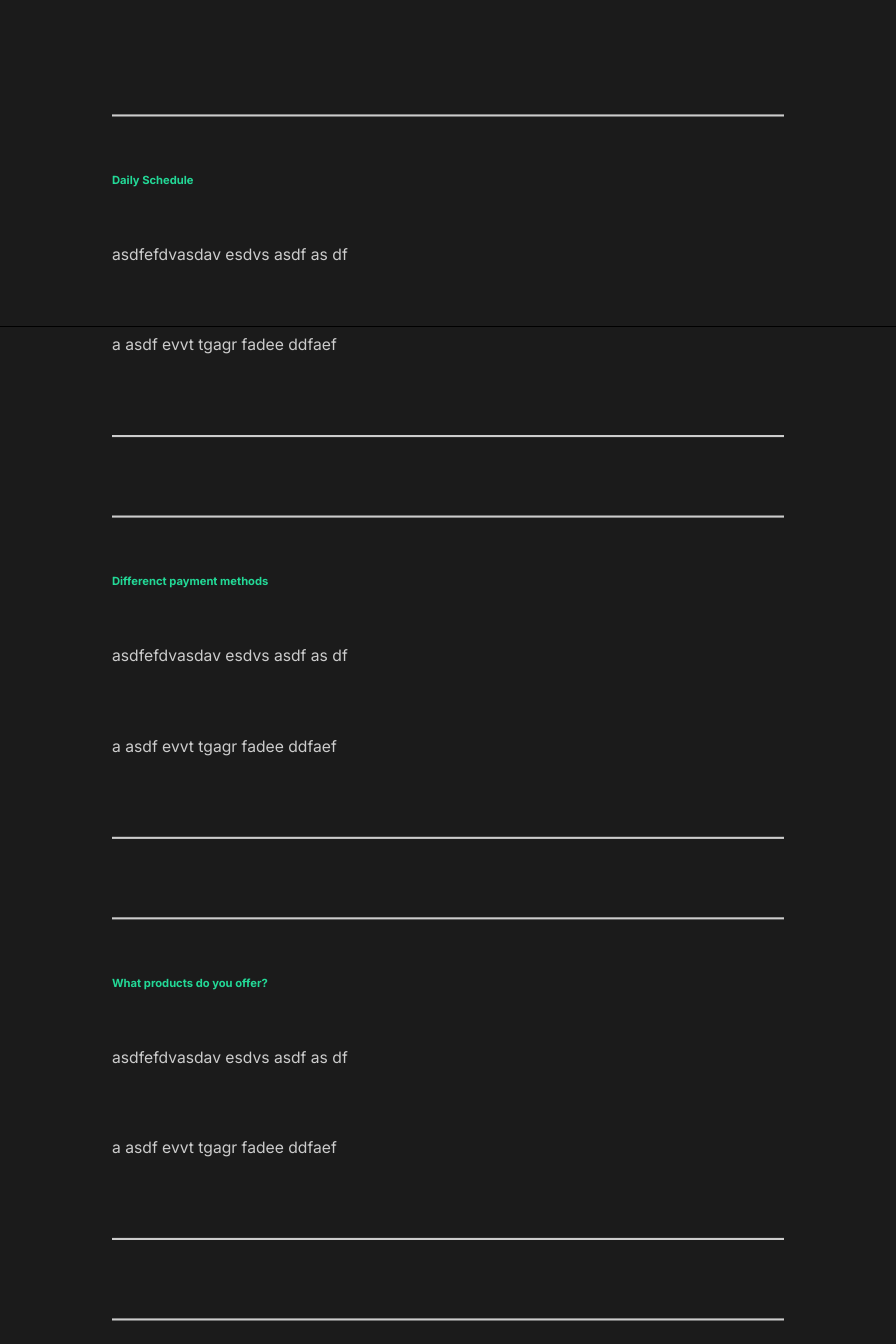
Repository: programmingwithlevi/capture
Page: /
The author's editor kept a copy of each file at every save. The page is drawn from the files as they stood at one save, then again after the next save.
The browser window is 1280 px wide. The pictures show the part of the page from y = 2438 to 4358 px (the page is 4437 px tall before and 4176 px after), at 70% of full size.
The project was rebuilt for these pictures with package versions that can differ from the ones it lists, and the page was loaded fresh each time. Also part of the build but not shown: src/pages/ContactUs.js, src/pages/OurWork.js, src/movieState.js, src/pages/movieDetail.js.

Above is the page before, as saved 2021-12-11 12:11:01.

### public/index.html
<!DOCTYPE html>
<html lang="en">
  <head>
    <meta charset="utf-8" />
    <link rel="icon" href="%PUBLIC_URL%/favicon.ico" />
    <meta name="viewport" content="width=device-width, initial-scale=1" />
    <meta name="theme-color" content="#000000" />
    <meta
      name="description"
      content="Web site created using create-react-app"
    />
    <link rel="preconnect" href="https://fonts.googleapis.com">
<link rel="preconnect" href="https://fonts.gstatic.com" crossorigin>
<link href="https://fonts.googleapis.com/css2?family=Inter:wght@400;700&family=Lato:wght@400;700&display=swap" rel="stylesheet">
<link rel="preconnect" href="https://fonts.googleapis.com">
<link rel="preconnect" href="https://fonts.gstatic.com" crossorigin>
<link href="https://fonts.googleapis.com/css2?family=Inter:wght@400;700&family=Lato:wght@400;700&family=Lobster&display=swap" rel="stylesheet">
    <link rel="apple-touch-icon" href="%PUBLIC_URL%/logo192.png" />
    <!--
      manifest.json provides metadata used when your web app is installed on a
      user's mobile device or desktop. See https://developers.google.com/web/fundamentals/web-app-manifest/
    -->
    <link rel="manifest" href="%PUBLIC_URL%/manifest.json" />
    <!--
      Notice the use of %PUBLIC_URL% in the tags above.
      It will be replaced with the URL of the `public` folder during the build.
      Only files inside the `public` folder can be referenced from the HTML.

      Unlike "/favicon.ico" or "favicon.ico", "%PUBLIC_URL%/favicon.ico" will
      work correctly both with client-side routing and a non-root public URL.
      Learn how to configure a non-root public URL by running `npm run build`.
    -->
    <title>Capture</title>
  </head>
  <body>
    <noscript>You need to enable JavaScript to run this app.</noscript>
    <div id="root"></div>
    <!--
      This HTML file is a template.
      If you open it directly in the browser, you will see an empty page.

      You can add webfonts, meta tags, or analytics to this file.
      The build step will place the bundled scripts into the <body> tag.

      To begin the development, run `npm start` or `yarn start`.
      To create a production bundle, use `npm run build` or `yarn build`.
    -->
  </body>
</html>

### src/index.js
import React from 'react';
import ReactDOM from 'react-dom';

import App from './App';
import reportWebVitals from './reportWebVitals';
import {BrowserRouter} from 'react-router-dom';

ReactDOM.render(
  <React.StrictMode>
    <BrowserRouter>
    <App />
    </BrowserRouter>
  </React.StrictMode>,
  document.getElementById('root')
);

// If you want to start measuring performance in your app, pass a function
// to log results (for example: reportWebVitals(console.log))
// or send to an analytics endpoint. Learn more: https://bit.ly/CRA-vitals
reportWebVitals();

### src/App.js
import React from "react";
//import pages
import AboutUs from '../src/pages/AboutUs';
import GlobalStyle from "./components/GlobalStyle";
import ContactUs from "./pages/ContactUs";
import OurWork from "./pages/OurWork";
import Nav from "./components/Nav";
import MovieDetail from "./pages/MovieDetail";

//router
import {Route,Switch,useLocation} from "react-router-dom";
//animaitom
import {AnimatePresence} from "framer-motion";

function App() {
  const location = useLocation();
  return  (
    <div className="App">

        <GlobalStyle />

        <Nav />
        <AnimatePresence exitBeforeEnter>
        <Switch location={location} key={location.pathname}>
          <Route path="/"  exact>
            <AboutUs />
          </Route>
          <Route path="/work" exact>
            <OurWork />
          </Route>
          <Route path="/work/:id">
            <MovieDetail />
          </Route>
          <Route path="/contact">
            <ContactUs />
          </Route>


        </Switch>
        </AnimatePresence>
    </div>
  );
}

export default App;

### src/pages/AboutUs.js
import React from 'react';
//Page Components
import AboutSection from '../components/AboutSection';
import ServicesSection from '../components/ServicesSection';
import FaqSection from '../components/FaqSection';
//animaiton
import {motion} from "framer-motion";
import {pageAnimation} from '../animations';

const AboutUs = () => {
    return (
   <motion.div
        exit="exit"
        variants={pageAnimation}
        initial="hidden"
        animate="show"
    >
        <AboutSection />
        <ServicesSection />
        <FaqSection />
    </motion.div>
    );

}

export default AboutUs;

### src/components/GlobalStyle.js
import {createGlobalStyle} from 'styled-components';

const GlobalStyle = createGlobalStyle`
*{
   margin: 0;
   padding: 0;
   box-sizing: border-box
}
body{
    background: #1b1b1b;
    font-family: 'Inter', sans-serif;
}
button{
    font-weight: bold;
    font-size: 1.1.rem;
    padding: 1rem 2rem;
    border: 3px solid #23d997;
    background: transparent;
    color: white;
    transition: all 0.5s ease;
    font-family: 'Inter', sans-serif;
    &:hover{
        background-color:  #23d997;
        color: white;
    }

}
h2{
       font-weight: lighter;
       font-size: 4rem;
    }
    h3{
        color: white;
    }
    h4{
        font-weight: bold;
        color: #23d997;
    }
    a{
        font-size: 1.1.rem;
    }
    span{
        font-weight: bold;
        color: #23d997;
    }
    p{
        padding: 3rem 0rem;
        color: #ccc;
        font-size: 1.4rem;
        line-height: 150%;
    }
`;
export default GlobalStyle;

### src/components/Nav.js
import React from 'react';
import styled from 'styled-components';
import {Link} from 'react-router-dom';

const Nav = () => {
    return(
        <StyledNav>
            <h1><Link id="logo" to="/">Capture</Link></h1>
            <ul>
                <li>
                    <Link to="/">1. About Us</Link>
                </li>
                <li>
                    <Link to="/work">2. Our Work</Link>
                </li>
                <li>
                    <Link to="/contact">3. Contact Us</Link>
                </li>
            </ul>
        </StyledNav>
    )
}

const StyledNav = styled.nav`
    min-height: 10vh;
    display: flex;
    margin: auto;
    justify-content: space-between;
    align-items: center;
    padding: 1rem 10rem;
    background: #282828;
    a{
        color: white;
        text-decoration: none;
    }
    ul{
        display: flex;
        list-style: none;
    }
    #logo{
        font-size: 1.8rem;
        font-family: 'Lobster', cursive;
        font-weight: lighter;
    }
    li{
        padding-left: 10rem;
        position: relative;
    }
`;

export default Nav;

### src/components/AboutSection.js
import React from 'react';
import home1 from '../img/home1.png';
import {About,Description,Image,Hide } from '../styles';
//Framer Motion
import {motion} from "framer-motion";
import {titleAnim,fade,photoAnim} from '../animations';
import Wave from './Wave';

const AboutSection = () => {

    return (
        <About>
            <Description>
                <motion.div variants={titleAnim}>
                    <div className="hide">
                        <motion.h2>We work to make</motion.h2>
                    </div>
                    <Hide>
                        <motion.h2>your <span>dreams</span> </motion.h2>
                    </Hide>
                    <Hide>
                        <motion.h2 variants={titleAnim}>come true.</motion.h2>
                    </Hide>
                </motion.div>
                <motion.p variants={fade}>Contact us for any photography or videography ideas that you have. </motion.p>
                <motion.button>Contact Us</motion.button>
            </Description>
            <Image>
                <motion.img variants={photoAnim} src={home1} alt="camera guy"/>

            </Image>
            <Wave />
        </About>
    )
}
//styled components


export default AboutSection;

### src/components/ServicesSection.js
import React from 'react';
//Import Icons
import clock from '../img/clock.svg';
import diaphram from '../img/diaphram.svg';
import money from '../img/money.svg';
import teamwork from '../img/teamwork.svg';
import home2 from '../img/home2.png';
//styles
import {About,Description,Image} from "../styles";
import styled from "styled-components";

const ServicesSection = () => {
    return(
        <About>
            <div className="description">
                <h2>High <span>quality</span> services</h2>
                <Cards>
                    <Card>
                        <div className="icon">
                            <img alt="icon" src={clock} />
                            <h3>Efficient</h3>
                        </div>
                        <p>lorem5 </p>
                    </Card>
                    <Card>
                        <div className="icon">
                            <img alt="icon" src={teamwork} />
                            <h3>Teamwork</h3>
                        </div>
                        <p>lorem5 </p>
                    </Card>
                    <Card>
                        <div className="icon">
                            <img alt="icon" src={diaphram} />
                            <h3>Diaphram</h3>
                        </div>
                        <p>lorem5 </p>
                    </Card>
                    <Card>
                        <div className="icon">
                            <img alt="icon" src={money} />
                            <h3>Affordable</h3>
                        </div>
                        <p>lorem5 </p>
                    </Card>
                </Cards>
            </div>
        <div className="image">
            <img alt="camera" src={home2} />

        </div>
        </About>
    )
}

const Services = styled(About)`
h2{
    padding-bottom: 5rem;
}
p{
    width: 70%;
    padding: 2rem 0rem 4rem 0rem;
}
`;
const Cards = styled.div`
display: flex;
flex-wrap: wrap;
`;
const Card = styled.div`
    flex-basis: 15rem;
    .icon {
        display: flex;
        align-items: center;
        h3 {
            margin-left: 1rem;
            background: white;
            color: black;
            padding: 1rem;
        }
    }
`;

export default ServicesSection;

### src/components/FaqSection.js
import React from 'react';
import styled from 'styled-components';
import {About} from '../styles';
import Toggle from './Toggle';

const FaqSection = () => {
    return(
        <Faq>
            <h2>Any Questions? <span>FAQ</span></h2>
            <Toggle title="How do I start?">
            <div className="question">
                <h4>How do I start?</h4>
                <div className="answer">
                   <p>asdfefdvasdav esdvs asdf as df</p>
                    <p>a asdf evvt tgagr fadee ddfaef</p>
                </div>

            </div>
            </Toggle>
            <Toggle>
            <div className="question">
                <h4>Daily Schedule</h4>
                <div className="answer">
                   <p>asdfefdvasdav esdvs asdf as df</p>
                    <p>a asdf evvt tgagr fadee ddfaef</p>
                </div>
                <div className="faq-line"></div>
            </div>
            </Toggle>
            <Toggle>
            <div className="question">
                <h4>Differenct payment methods</h4>
                <div className="answer">
                   <p>asdfefdvasdav esdvs asdf as df</p>
                    <p>a asdf evvt tgagr fadee ddfaef</p>
                </div>
                <div className="faq-line"></div>
            </div>
            </Toggle>
            <Toggle>
            <div className="question">
                <h4>What products do you offer?</h4>
                <div className="answer">
                   <p>asdfefdvasdav esdvs asdf as df</p>
                    <p>a asdf evvt tgagr fadee ddfaef</p>
                </div>
                <div className="faq-line"></div>
            </div>
            </Toggle>
        </Faq>
    )
}

const Faq = styled(About)`
    display: block;
    span{
        display: block;
    }
    h2{
        padding-bottom: 2rem;
        font-weight: lighter;
    }
    .faq-line{
        background: #cccccc;
        height: 0.2rem;
        margin: 2rem 0rem;
        width: 100%;
    }
    .question{
        padding: 3rem 0rem;
        cursor: pointer;
    }
    .answer{
        padding: 2rem 0rem;
        p{
            padding: 1rem 0 rem;
        }
    }
`;

export default FaqSection;

### src/animations.js
import { withTheme } from "styled-components";

export const pageAnimation ={
    hidden: {
        opacity: 0,
        y: 300,

    },
    show: {
        opacity: 1,
        y: 0,
        transition: {
            duration: 0.5,
            when: "beforeChildren",
            staggerChildren: 0.25,
        },
    },
    exit: {
        opacity: 0,
        //y: 300,
        transition: {
            duration: 0.5,
        },
    }
}
export const titleAnim = {
    hidden: {y: 200},
    show: {
        y:0,
        transition: {duration: 0.75, ease: "easeOut"},
    }
}
export const fade = {
    hidden: {opacity: 0},
    show: {
        opacity: 1,
        transition: {ease: "easeOut", duration: 0.75},
    }
}
export const photoAnim = {
    hidden: {scale: 1.5, opacity: 0},
    show: {
        scale: 1,
        opacity: 1,
        transition: 'easeOut',
        duration: 0.75,
    }
}
export const lineAnim = {
    hidden: {width: '0%'},
    show: {
        width: '100%',
        transition: {duration: 0.75},
    }
}

export const slider = {
    hidden: {x: '-130%', skew: '45deg'},
    show: {
        x: '100%',
        skew: '0deg',
        transition: {ease: "easeOut", duration: 1 },
    }
}

export const sliderContainer = {
    hidden: {opacity: 1},
    show: {opacity: 1, transition: { staggerChildren: 0.1, ease: 'easeOut'}},
}

### src/styles.js
import styled from "styled-components";

export const About = styled.div`
    min-height: 90vh;
    display: flex;
    align-items: center;
    justify-content: space-between;
    padding: 5rem 10rem;
    color: white;
   //position: center;
    top: 10%;

`;
export const Description = styled.div`
    flex: 1;
    padding-right: 5rem;
    z-index: 2;
    h2{
        font-weight: lighter;
    }
`

export const Image = styled.div`
    flex: 1;
    z-index: 2;
    overflow: hidden;
    img{
        width: 100%;
        height: 80vh;
        object-fit: cover;
    }

`
export const Hide = styled.div`
    overflow: hidden;
    `

### src/components/Wave.js
import React from "react";
import styled from "styled-components";
import {motion} from "framer-motion";

const Wave = () => {
    return(
    <WaveSvg viewBox="0 0 1440 363" fill="none" xmlns="http://www.w3.org/2000/svg">
<motion.path initial={{ pathLength: 0, pathOffset: 1 }}
animate={{ pathLength: 1, pathOffset: 0 }}
transition={{ duration: 1 }}
d="M1440 27.4774C1352.73 19.8184 1122.41 49.0556 899.331 227.276C620.48 450.052 354.282 355.647 170.328 185.318C23.165 49.0556 -4.21721 8.32998 0.487081 5" stroke="#D96ED4" strokeOpacity="0.5" strokeWidth="15"/>
</WaveSvg>);


};

const WaveSvg = styled.svg`
    position: absolute;
    left: 0;
    z-index: 1;
`;
export default Wave;

### src/components/Toggle.js
import React,{useState,} from 'react';

const Toggle = ({children}) => {
    const [toggle,setToggle] = useState(true);
    return(
        <div onClick={() => setToggle(!toggle)}>
            {toggle?children:""}
            <div className="faq-line"></div>
        </div>
    )
}
export default Toggle;

Loaded but not shown: src/reportWebVitals.js (common file)

After the next save:
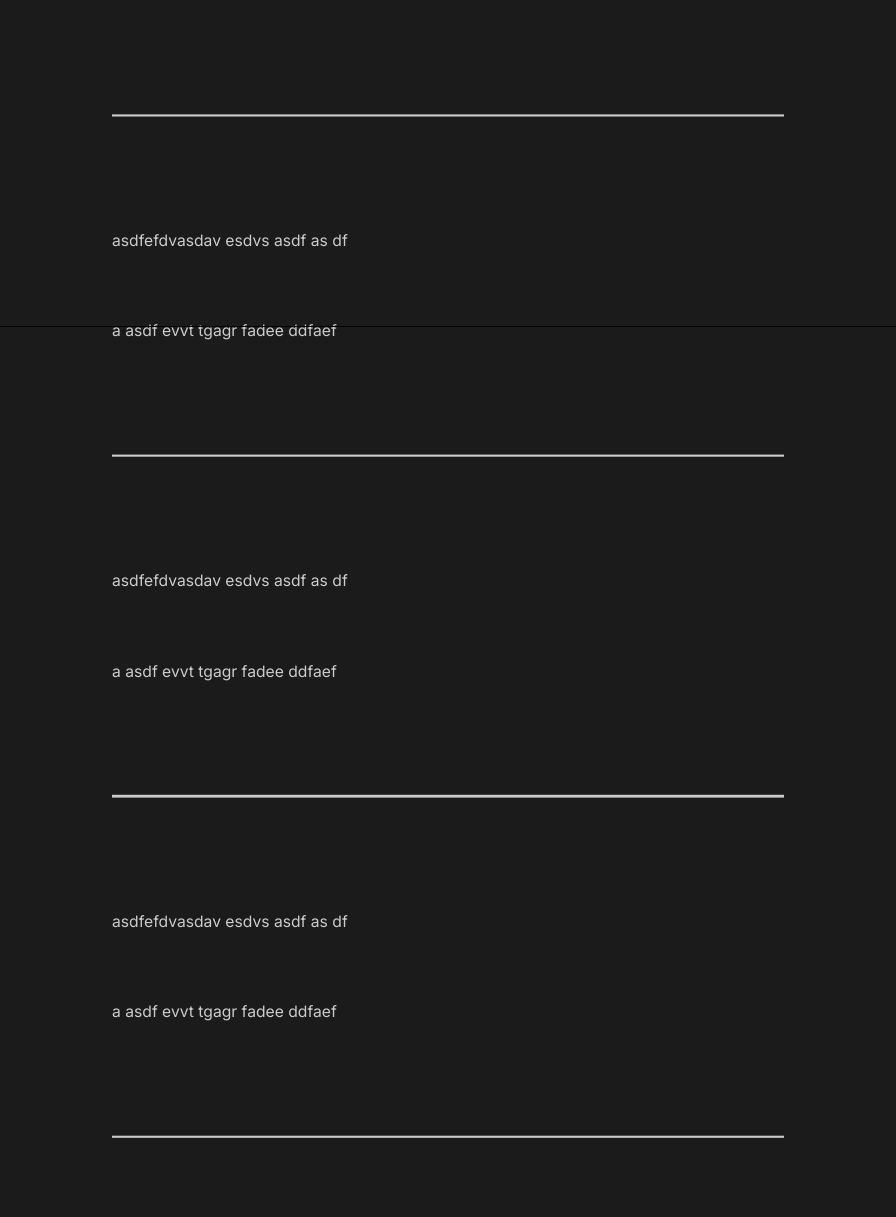
Saved 4 min 14 s later.
--- a/src/components/FaqSection.js
+++ b/src/components/FaqSection.js
@@ -7,7 +7,7 @@ const FaqSection = () => {
     return(
         <Faq>
             <h2>Any Questions? <span>FAQ</span></h2>
-            <Toggle title="How do I start?">
+            <Toggle title="How Do I Start?">
             <div className="question">
                 <h4>How do I start?</h4>
                 <div className="answer">
@@ -17,34 +17,34 @@ const FaqSection = () => {
 
             </div>
             </Toggle>
-            <Toggle>
+            <Toggle title="Daily Schedule">
             <div className="question">
-                <h4>Daily Schedule</h4>
+
                 <div className="answer">
                    <p>asdfefdvasdav esdvs asdf as df</p>
                     <p>a asdf evvt tgagr fadee ddfaef</p>
                 </div>
-                <div className="faq-line"></div>
+
             </div>
             </Toggle>
-            <Toggle>
+            <Toggle title="Different Payment Methods">
             <div className="question">
-                <h4>Differenct payment methods</h4>
+
                 <div className="answer">
                    <p>asdfefdvasdav esdvs asdf as df</p>
                     <p>a asdf evvt tgagr fadee ddfaef</p>
                 </div>
-                <div className="faq-line"></div>
+
             </div>
             </Toggle>
-            <Toggle>
+            <Toggle title="What Products Do You Offer?">
             <div className="question">
-                <h4>What products do you offer?</h4>
+
                 <div className="answer">
                    <p>asdfefdvasdav esdvs asdf as df</p>
                     <p>a asdf evvt tgagr fadee ddfaef</p>
                 </div>
-                <div className="faq-line"></div>
+
             </div>
             </Toggle>
         </Faq>
